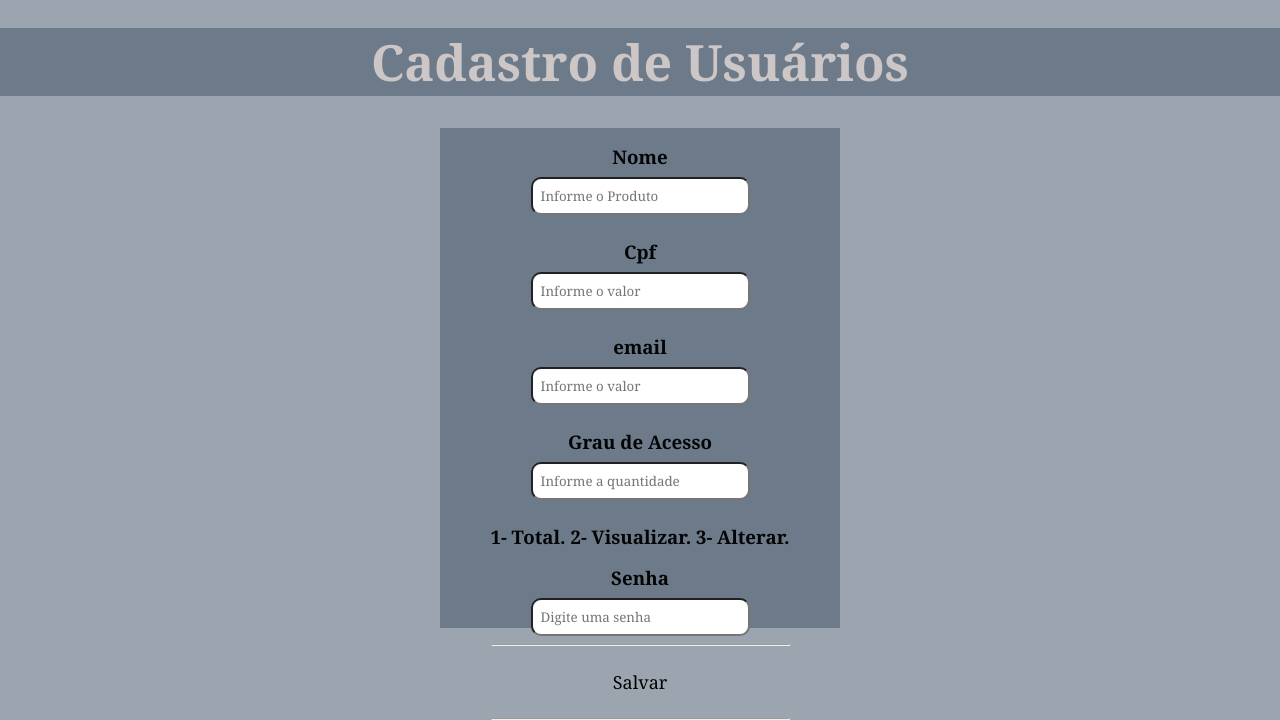
Repository: ArthurKJun/ProjetoCantinaEclipse
Page: http://localhost/arsan/cadastroUsuario.jsp
The author's editor kept a copy of each file at every save. The page is drawn from the files as they stood at one save, then again after the next save.
The browser window is 1280 px wide. The pictures show the whole page.
The page is served by Tomcat 9.

Above is the page before, as saved 2023-11-03 22:18:15.

After the next save:
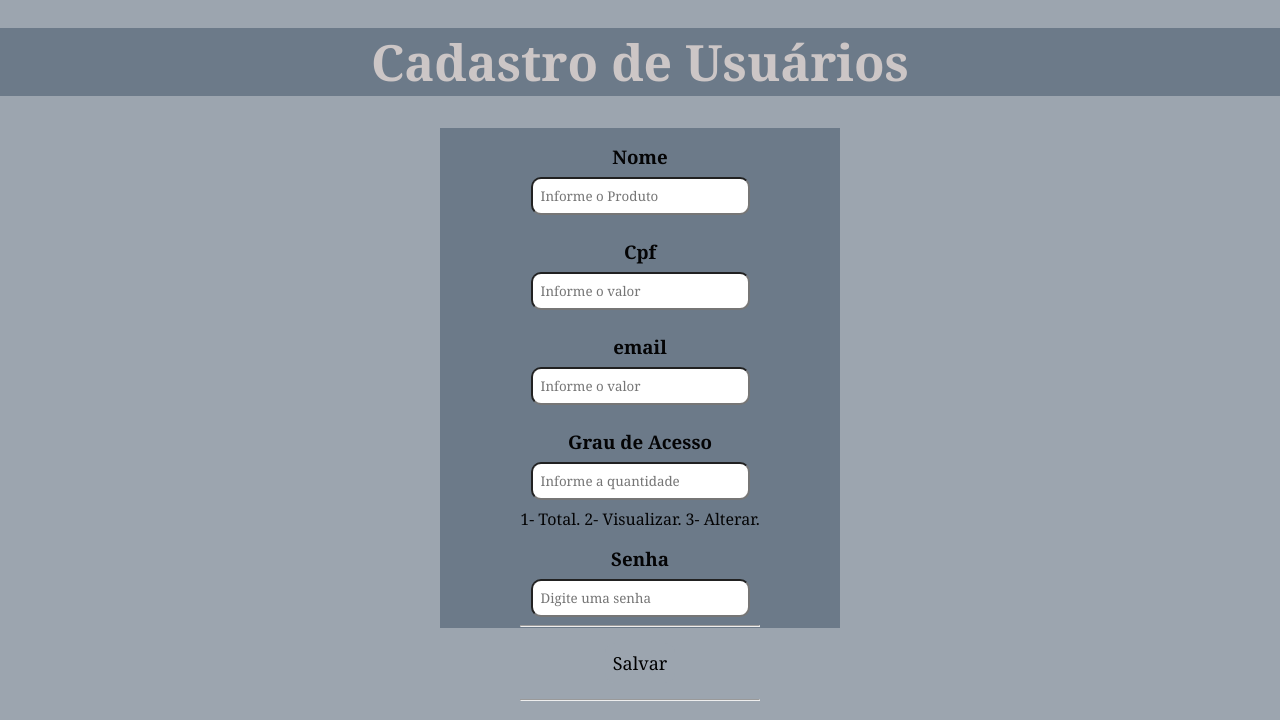
Saved 49 s later.
--- a/arsan/src/main/webapp/cadastroUsuario.jsp
+++ b/arsan/src/main/webapp/cadastroUsuario.jsp
@@ -37,7 +37,7 @@
 					<h3>Grau de Acesso</h3>
 					<input type="number" id="quant" name="quantidade"
 						placeholder="Informe a quantidade">
-					<h3>1- Total.  2- Visualizar. 3- Alterar.</h3>
+					<p>1- Total.  2- Visualizar. 3- Alterar.
 					<h3>Senha</h3>
 					<input type="password" id="senha" name="senha" placeholder="Digite uma senha">
 
